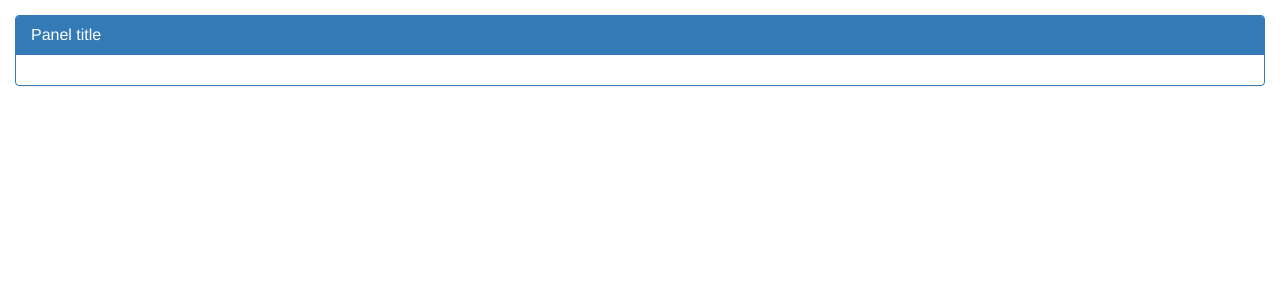
Repository: Bluesouls/eliauk.github.io
Page: Ajax学习笔记/day01/code/图书管理.html
An editor plug-in stored every save of this project. The page is shown before and after a run of saves, followed by the edit.
The browser window is 1280 px wide. The pictures show the whole page.

Above is the page before, as saved 2022-04-24 16:55:52.
Console error (its wording comes from the project's code and is left out).

### Ajax学习笔记/day01/code/图书管理.html
<!DOCTYPE html>
<html lang="en">
<head>
  <meta charset="UTF-8">
  <meta http-equiv="X-UA-Compatible" content="IE=edge">
  <meta name="viewport" content="width=device-width, initial-scale=1.0">
  <link href="https://cdn.bootcss.com/bootstrap/3.3.7/css/bootstrap.css" rel="stylesheet">
  <script src="https://cdn.bootcss.com/bootstrap/3.3.7/js/bootstrap.js"></script>
  <title>图书管理</title>
</head>
<body style="padding:15px">

  <div class="panel panel-primary">
      <div class="panel-heading">
        <h3 class="panel-title">Panel title</h3>
      </div>
      <div class="panel-body">

      </div>
  </div>

</body>
</html>

After the next 2 saves:
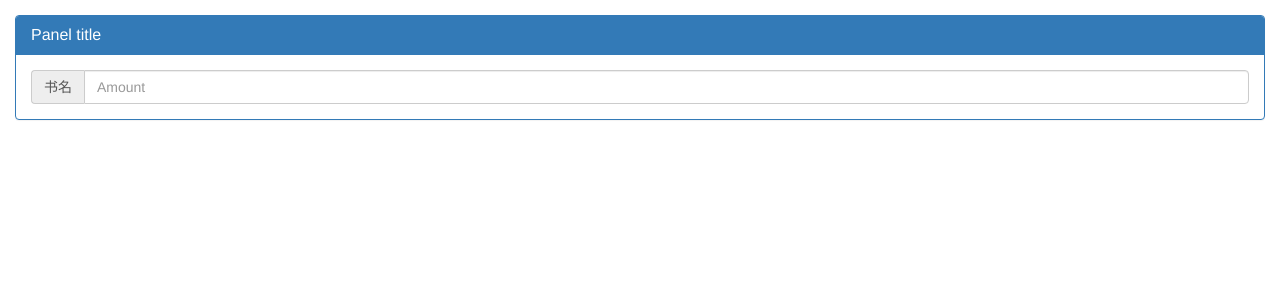
The 2 saves are shown as one change because they came seconds apart.
The last was saved 23 s later.
--- a/Ajax学习笔记/day01/code/图书管理.html
+++ b/Ajax学习笔记/day01/code/图书管理.html
@@ -16,6 +16,11 @@
       </div>
       <div class="panel-body">
 
+        <div class="input-group">
+          <div class="input-group-addon">书名</div>
+          <input type="text" class="form-control" id="exampleInputAmount" placeholder="Amount">
+        </div>
+
       </div>
   </div>
 
